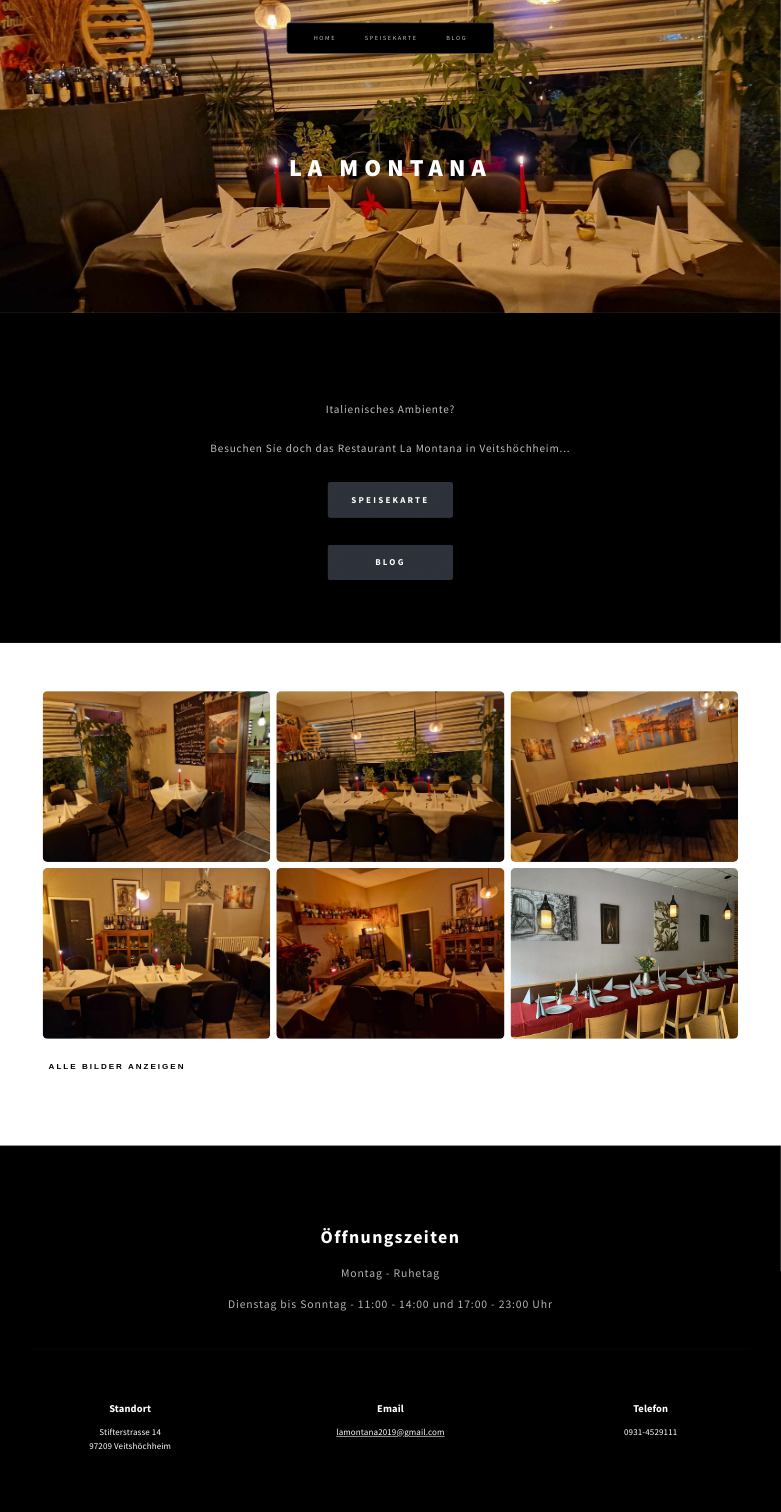
Repository: restaurantlamontana/restaurantlamontana.github.io
Page: index.html
An editor plug-in stored every save of this project. The page is shown before and after the next save, followed by the edit.
The browser window is 1280 px wide. The pictures show the whole page, at 61% of full size.

Above is the page before, as saved 2024-07-15 12:38:23.

### index.html
<!DOCTYPE html>
<html>
  <head>
    <title>La Montana</title>
    <meta charset="utf-8" />
    <meta
      name="viewport"
      content="width=device-width, initial-scale=1, user-scalable=no"
    />
    <link rel="stylesheet" href="assets/css/main.css" />
    <style>
      /* Additional CSS for hiding images */
      .image-grid img:nth-child(n + 7) {
        display: none;
      }
    </style>
  </head>
  <body class="homepage is-preload">
    <div id="page-wrapper">
      <!-- Header -->
      <section id="header" class="wrapper">
        <!-- Logo -->
        <div id="logo">
          <h1 style="font-size: 40px"><a href="index.html">La Montana</a></h1>
        </div>
        <!-- Nav -->
        <nav id="nav">
          <ul class="toplinks">
            <li class="current"><a href="index.html">Home</a></li>
            <li>
              <a href="assets/Speisekarte_Scan.pdf" target="_blank"
                >Speisekarte</a
              >
            </li>
            <li><a href="blog.html">Blog</a></li>
          </ul>
        </nav>
      </section>

      <!-- Intro -->
      <section id="intro" class="wrapper style1">
        <div class="container">
          <br /><br /><br /><br />
          <p class="style1">Italienisches Ambiente?</p>
          <br />
          <p class="style1">
            Besuchen Sie doch das Restaurant La Montana in Veitshöchheim...
          </p>
          <ul class="actions">
            <li>
              <a
                href="assets/Speisekarte_Scan.pdf"
                target="_blank"
                class="button style3 large"
                >Speisekarte</a
              >
            </li>
          </ul>
          <ul class="actions">
            <li><a href="blog.html" class="button style3 large">Blog</a></li>
          </ul>
        </div>
      </section>

      <!-- Image Grid -->
      <section class="wrapper">
        <div class="container">
          <div class="image-grid">
            <img src="images/IMG_3203.JPG" />
            <img src="images/IMG_3204.JPG" />
            <img src="images/IMG_3205.JPG" />
            <img src="images/IMG_3206.JPG" />
            <img src="images/IMG_3207.JPG" />
            <img src="images/2.jpeg" />
			<img src="images/7.jpeg" />
            <img src="images/3.jpeg" />
            <img src="images/4.jpeg" />
            <img src="images/5.jpeg" />
            <img src="images/6.jpeg" />
            <img src="images/8.jpeg" />
            <img src="images/9.jpeg" />
            <img src="images/10.jpeg" />
            <img src="images/11.jpeg" />
            <img src="images/13.jpeg" />
            <img src="images/IMG_3199.JPG" />
            <img src="images/IMG_3200.JPG" />
            <img src="images/IMG_3201.JPG" />
            <img src="images/IMG_3202.JPG" />
            <img src="images/IMG_3199.JPG" />
            <img src="images/IMG_3194.JPG" />
            <img src="images/IMG_3195.JPG" />
            <img src="images/IMG_3196.JPG" />
            <img src="images/IMG_3197.JPG" />
            <img src="images/IMG_3198.JPG" />
          </div>
          <button
            id="show-more-btn"
            style="color: black; background-color: white"
          >
            Alle Bilder anzeigen
          </button>
        </div>
      </section>

      <!-- Footer -->
      <section id="footer" class="wrapper">
        <div class="container">
          <header class="style1">
            <h2>Öffnungszeiten</h2>
            <p>Montag - Ruhetag</p>
            <p>Dienstag bis Sonntag - 11:00 - 14:00 und 17:00 - 23:00 Uhr</p>
          </header>
        </div>
        <div class="flex-container">
          <div class="flex-item">
            <h3>Standort</h3>
            <p style="color: white">
              Stifterstrasse 14<br />
              97209 Veitshöchheim<br />
            </p>
          </div>
          <div class="flex-item">
            <h3>Email</h3>
            <p>
              <a href="mailto:lamontana2019@gmail.com"
                >lamontana2019@gmail.com</a
              >
            </p>
          </div>
          <div class="flex-item">
            <h3>Telefon</h3>
            <p style="color: white">0931-4529111</p>
          </div>
        </div>
      </section>
    </div>

    <script>
      document
        .getElementById("show-more-btn")
        .addEventListener("click", function () {
          const images = document.querySelectorAll(
            ".image-grid img:nth-child(n+7)"
          );
          const isHidden =
            images[0].style.display === "none" ||
            images[0].style.display === "";
          images.forEach((img) => {
            img.style.display = isHidden ? "block" : "none";
          });
          this.textContent = isHidden
            ? "Weniger Bilder anzeigen"
            : "Alle Bilder anzeigen";
        });
    </script>
  </body>
</html>

Loaded but not shown: assets/css/fontawesome-all.min.css (library); assets/css/main.css (3122 lines, source omitted)

After the next save:
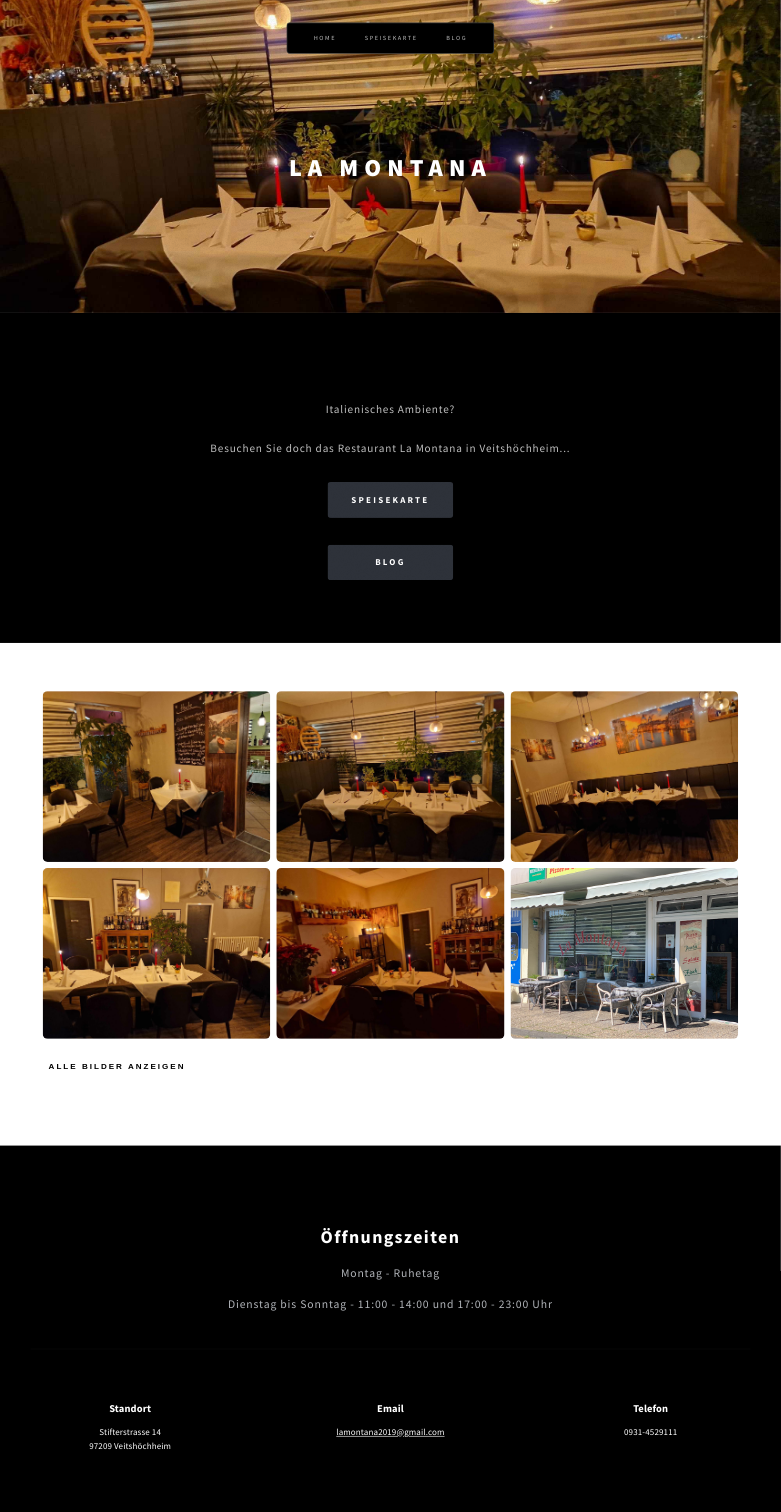
Saved 4 s later.
--- a/index.html
+++ b/index.html
@@ -71,8 +71,9 @@
             <img src="images/IMG_3205.JPG" />
             <img src="images/IMG_3206.JPG" />
             <img src="images/IMG_3207.JPG" />
+            <img src="images/12.jpeg" />
             <img src="images/2.jpeg" />
-			<img src="images/7.jpeg" />
+            <img src="images/7.jpeg" />
             <img src="images/3.jpeg" />
             <img src="images/4.jpeg" />
             <img src="images/5.jpeg" />

After the 2 saves that followed:
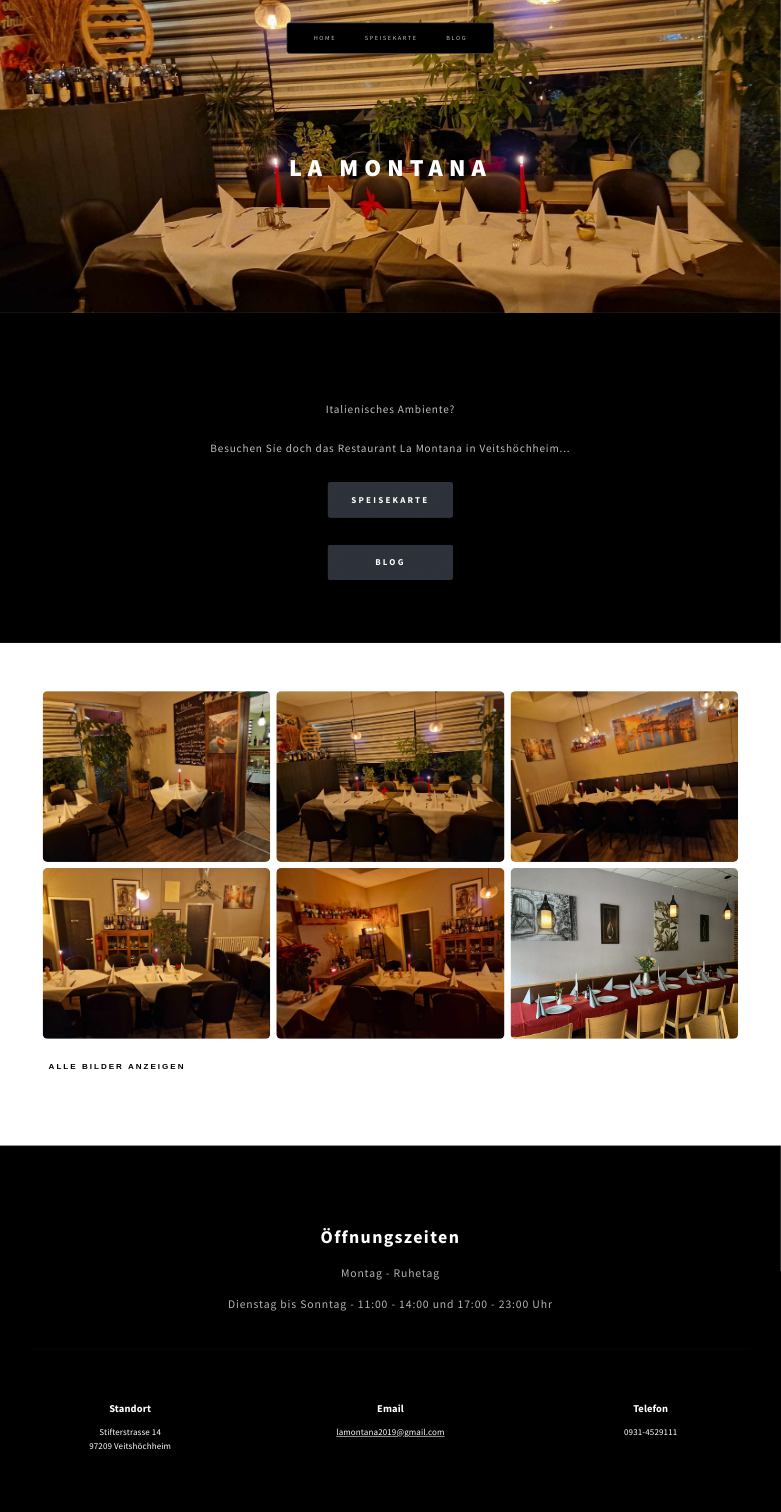
The 2 saves are shown as one change because they came seconds apart.
The last was saved 12 s later.
--- a/index.html
+++ b/index.html
@@ -71,8 +71,8 @@
             <img src="images/IMG_3205.JPG" />
             <img src="images/IMG_3206.JPG" />
             <img src="images/IMG_3207.JPG" />
+            <img src="images/2.jpeg" />
             <img src="images/12.jpeg" />
-            <img src="images/2.jpeg" />
             <img src="images/7.jpeg" />
             <img src="images/3.jpeg" />
             <img src="images/4.jpeg" />
